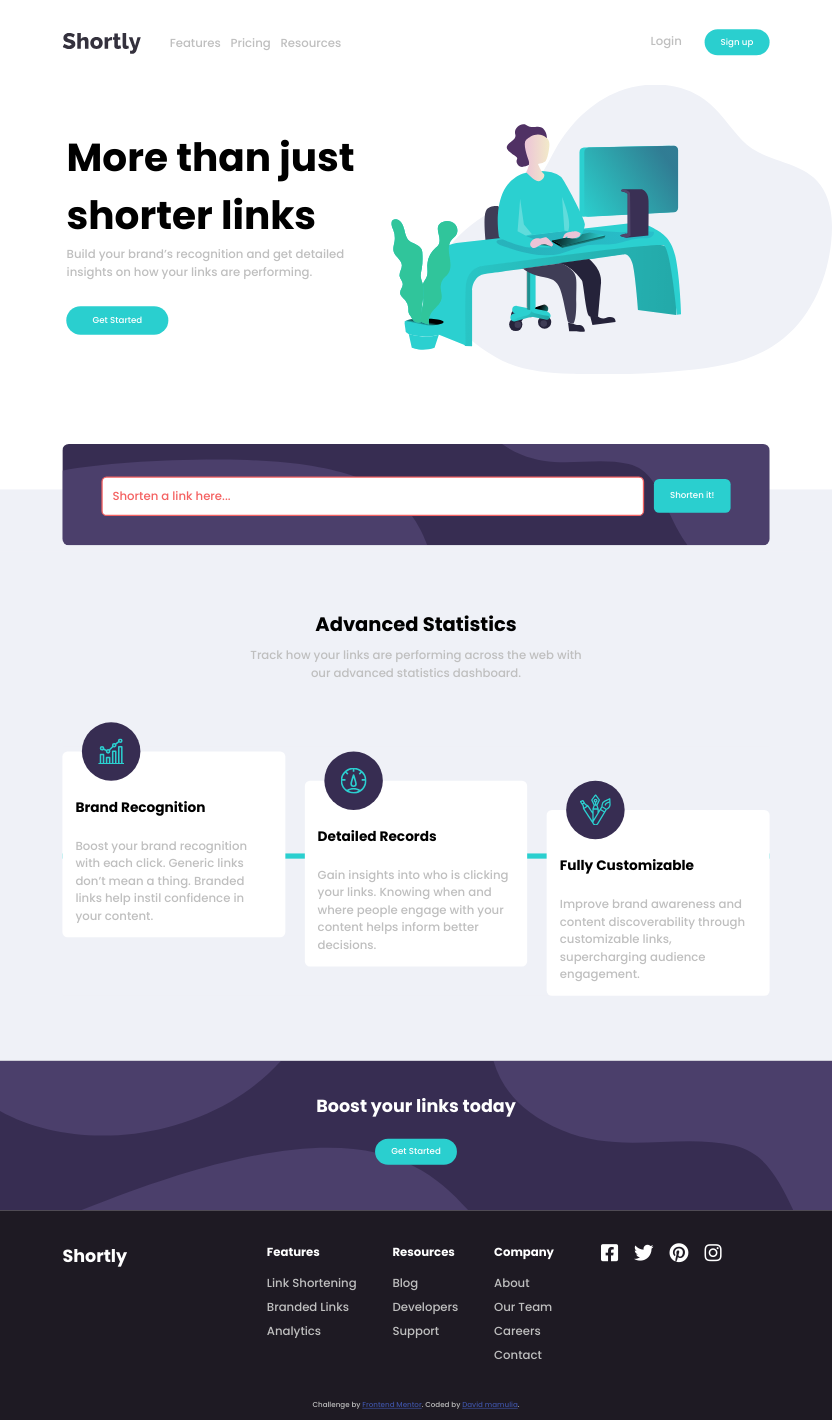
Repository: mamulini/URL-shortener
Page: index.html
An editor plug-in stored every save of this project. The page is shown before and after the next save, followed by the edit.
The browser window is 1280 px wide. The pictures show the whole page, at 65% of full size.
Some web libraries are served in a nearby version. The style sheet was rebuilt from its Sass, Less or Tailwind sources for each picture, by a compiler version that may differ from the author's.

Above is the page before, as saved 2020-04-28 15:55:55.

After the next save:
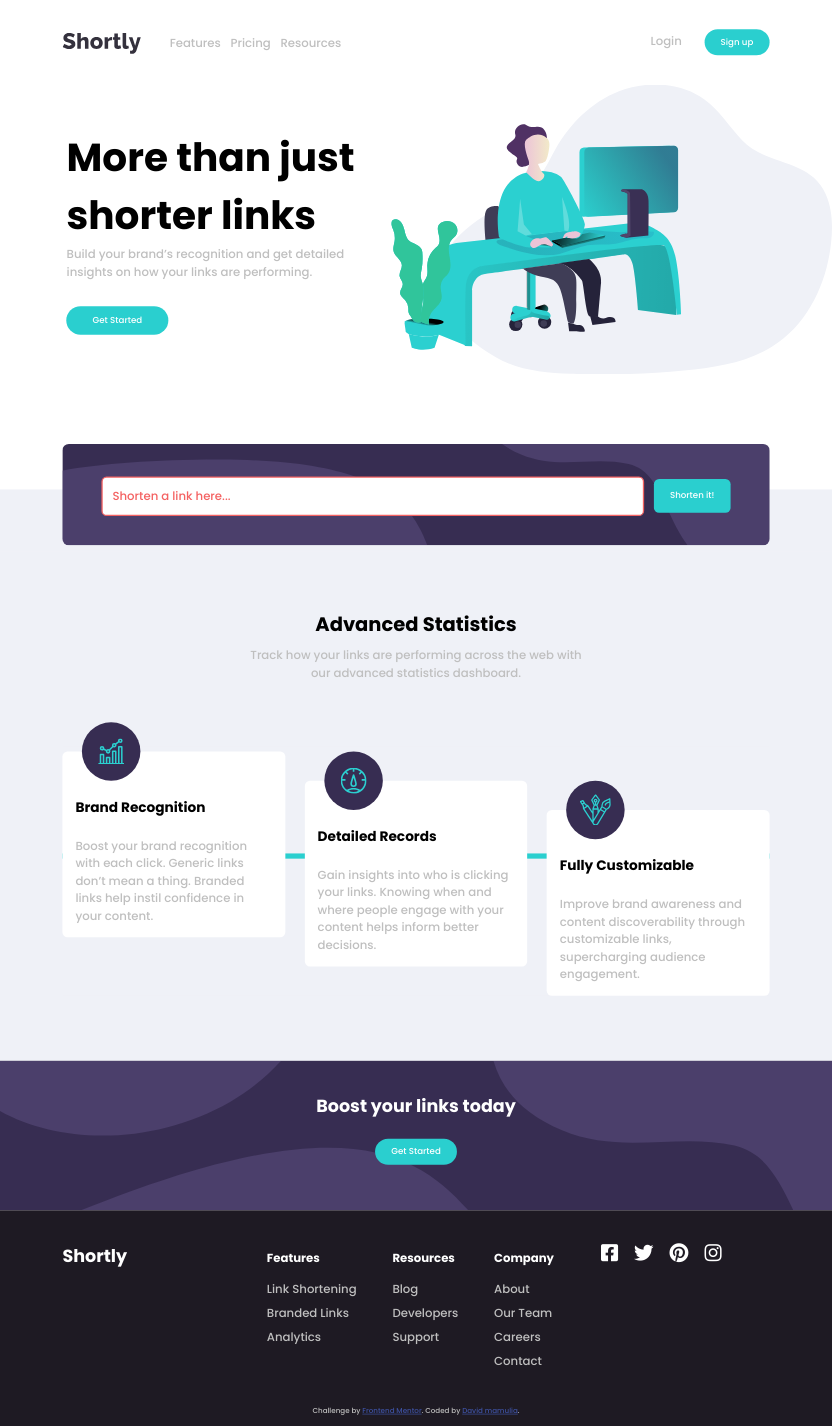
Saved 18 s later.
--- a/sass/main.scss
+++ b/sass/main.scss
@@ -425,7 +425,7 @@ img {
     &__menu{
         display: flex;
         flex: 2;
-        padding-top: 1px;
+        padding-top: 10px;
         @media screen and (max-width: 600px) {
             flex-direction: column;
             margin-bottom: 50px;
